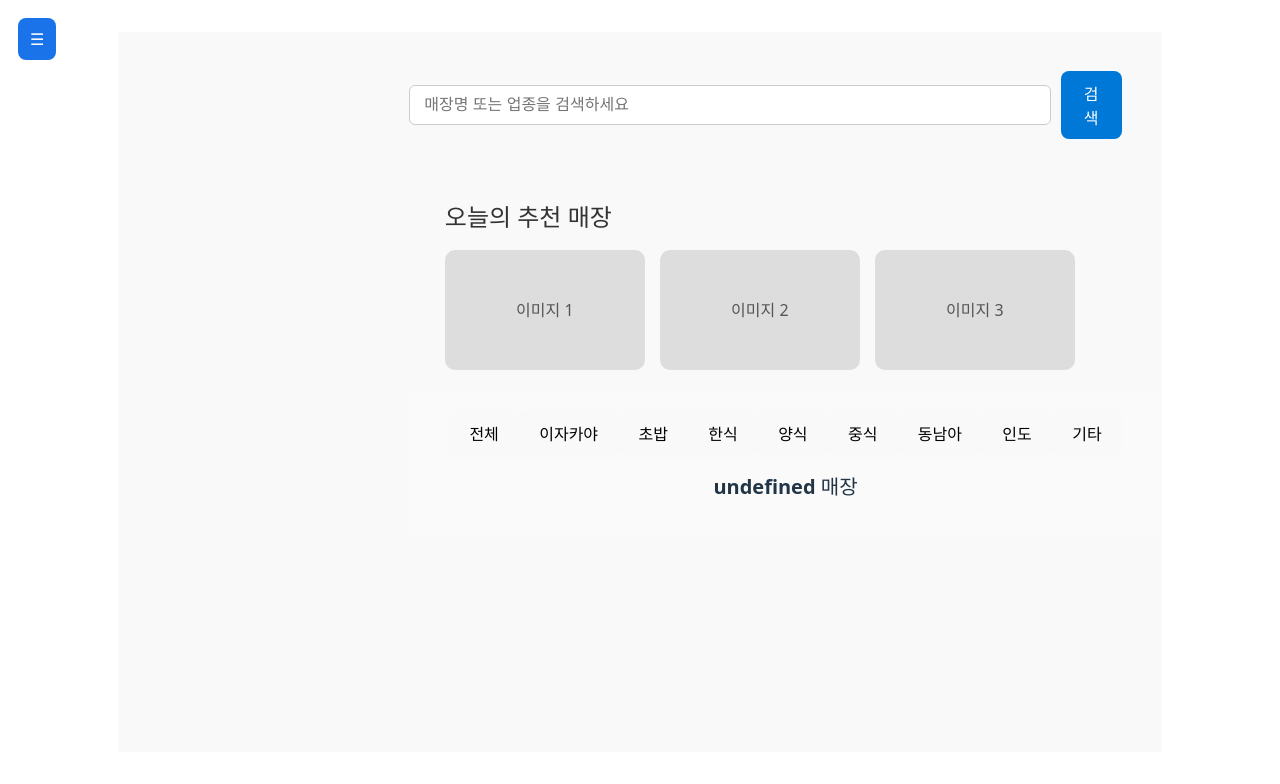
Repository: noiredex/Choplan-API
Page: / (app in choplan/frontend_main/)
An editor plug-in stored every save of this project. The page is shown before and after the next save, followed by the edit.
The browser window is 1280 px wide. The pictures show the whole page.
The project was rebuilt for these pictures with package versions that can differ from the ones it lists, and the page was loaded fresh each time. Also part of the build but not shown: choplan/frontend_main/vite.config.js, choplan/frontend_main/vite.config.ts, choplan/frontend_main/src/styles/StoreDetailPage.css, choplan/frontend_main/src/pages/StoreDetailPage.jsx.

Above is the page before, as saved 2025-10-22 13:31:55.

After the next save:
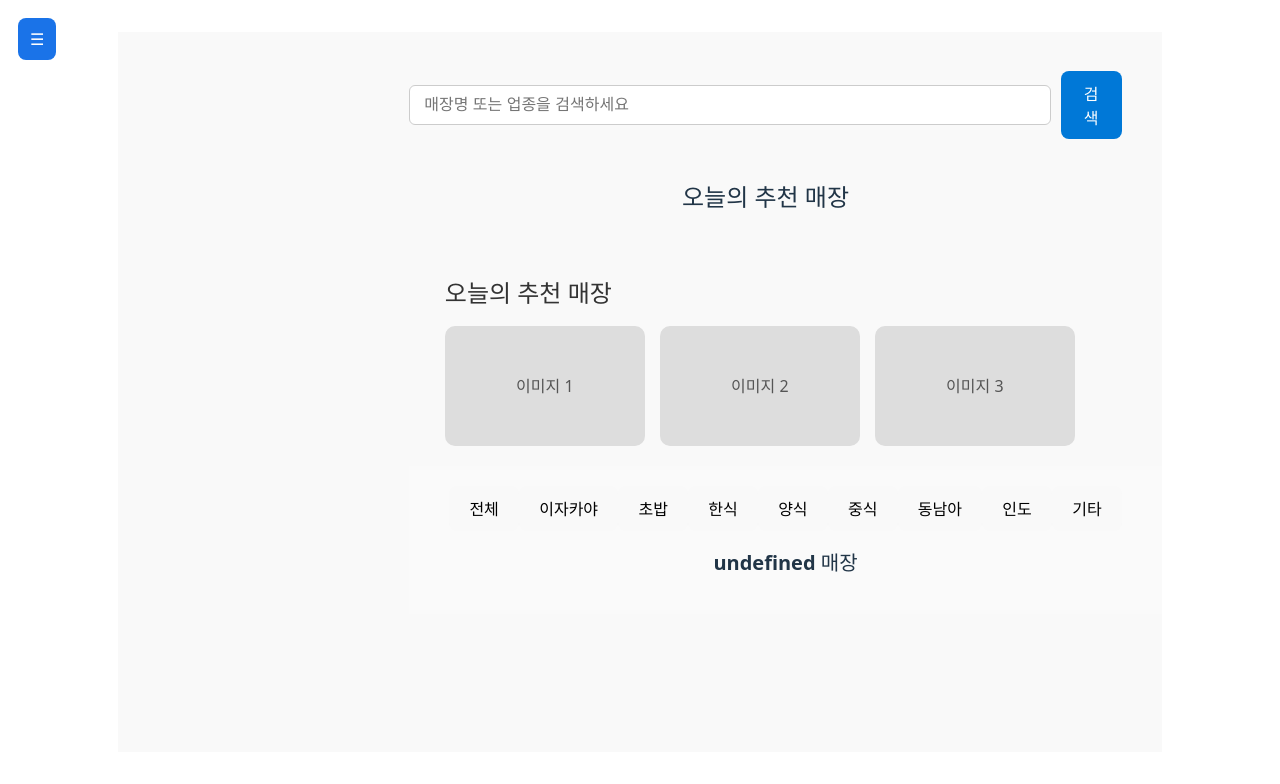
Saved 41 min 51 s later.
--- a/choplan/frontend_main/src/pages/Homepage.jsx
+++ b/choplan/frontend_main/src/pages/Homepage.jsx
@@ -11,19 +11,30 @@ export default function HomePage() {
 
   return (
     <div className="home-container">
+      {/* 사이드바 */}
       <Sidebar
         selectedCategory={selectedCategory}
         onSelectCategory={setSelectedCategory}
         searchQuery={searchQuery}
       />
 
+      {/* 메인 영역 */}
       <div className="main-content">
         <SearchBar onSearch={setSearchQuery} />
-        <BannerSlider />
-        <RecommendedStores
-          category={selectedCategory}
-          searchQuery={searchQuery}
-        />
+
+        {/* 추천 배너 */}
+        <section className="banner-section">
+          <h2>오늘의 추천 매장</h2>
+          <BannerSlider />
+        </section>
+
+        {/* 매장 목록 */}
+        <section className="store-section">
+          <RecommendedStores
+            category={selectedCategory}
+            searchQuery={searchQuery}
+          />
+        </section>
       </div>
     </div>
   );
